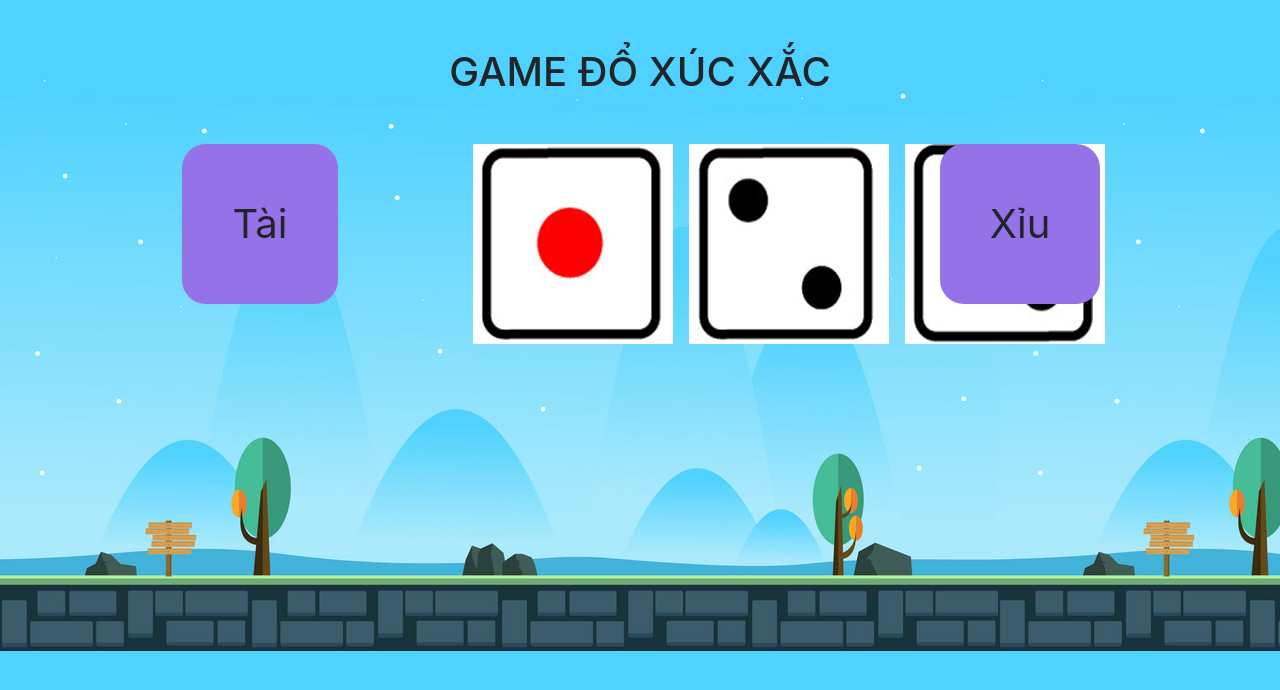
Repository: dovanthao2404/game-xuc-sac
Page: /
These files come from the project's save history. The page is drawn as it stood at one moment and after a run of saves; the edit follows.
The browser window is 1280 px wide. The pictures show the whole page.
The project was rebuilt for these pictures with package versions that can differ from the ones it lists, and the page was loaded fresh each time.

Above is the page before, as saved 2021-09-11 13:08:47.

### public/index.html
<!DOCTYPE html>
<html lang="en">

<head>
  <meta charset="utf-8" />
  <link rel="icon" href="%PUBLIC_URL%/favicon.ico" />
  <meta name="viewport" content="width=device-width, initial-scale=1" />
  <meta name="theme-color" content="#000000" />
  <meta name="description" content="Web site created using create-react-app" />
  <link rel="apple-touch-icon" href="%PUBLIC_URL%/logo192.png" />
  <link rel="manifest" href="%PUBLIC_URL%/manifest.json" />
  <title>React App</title>
  <link rel="stylesheet" href="https://cdn.jsdelivr.net/npm/bootstrap@4.6.0/dist/css/bootstrap.min.css"
    integrity="sha384-B0vP5xmATw1+K9KRQjQERJvTumQW0nPEzvF6L/Z6nronJ3oUOFUFpCjEUQouq2+l" crossorigin="anonymous">
  <link rel="stylesheet" href="%PUBLIC_URL%/css/style.css">
</head>

<body>
  <noscript>You need to enable JavaScript to run this app.</noscript>
  <div id="root"></div>
</body>

</html>

### src/index.css
body {
  margin: 0;
  padding: 0;
  box-sizing: border-box;
  font-family: -apple-system, BlinkMacSystemFont, 'Segoe UI', 'Roboto', 'Oxygen',
    'Ubuntu', 'Cantarell', 'Fira Sans', 'Droid Sans', 'Helvetica Neue',
    sans-serif;
  -webkit-font-smoothing: antialiased;
  -moz-osx-font-smoothing: grayscale;
}

code {
  font-family: source-code-pro, Menlo, Monaco, Consolas, 'Courier New',
    monospace;
}

### src/App.js


function App() {
  return (
    <div className="main">
      <div className="container mt-5">
        <div className="title mb-5">
          <h1 className="text-center">GAME ĐỔ XÚC XẮC</h1>
        </div>
        <div>
          <div class="row justify-content-between">
            <div className="col-4">
              <div className="type d-flex justify-content-center align-items-center">
                <span>Tài</span>
              </div>
            </div>
            <div className="col-4">
              <div className="d-flex">
                <img src="./images/1.png" alt="" />
                <img src="./images/2.png" alt="" />
                <img src="./images/3.png" alt="" />
              </div>
            </div>
            <div className="col-4">
              <div className="type d-flex justify-content-center align-items-center">
                <span>Xỉu</span>
              </div>
            </div>
          </div>
        </div>
      </div>
    </div>
  );
}

export default App;

### public/css/style.css
.main {
  background-image: url(./../images/bgGame.png);
  top: 0;
  left:0;
  right: 0;
  bottom: 0;
  display: block;
  position: absolute;
  z-index: -10;
}

.type span{
  display: block;
  padding: 50px;
  border-radius: 24px;
  font-size: 40px;
  background: rgb(149, 114, 231);
}

img {
  margin: 0 8px;
  width: 200px;
}

Loaded but not shown: src/index.js (common file); src/reportWebVitals.js (common file)

After the next 2 saves:
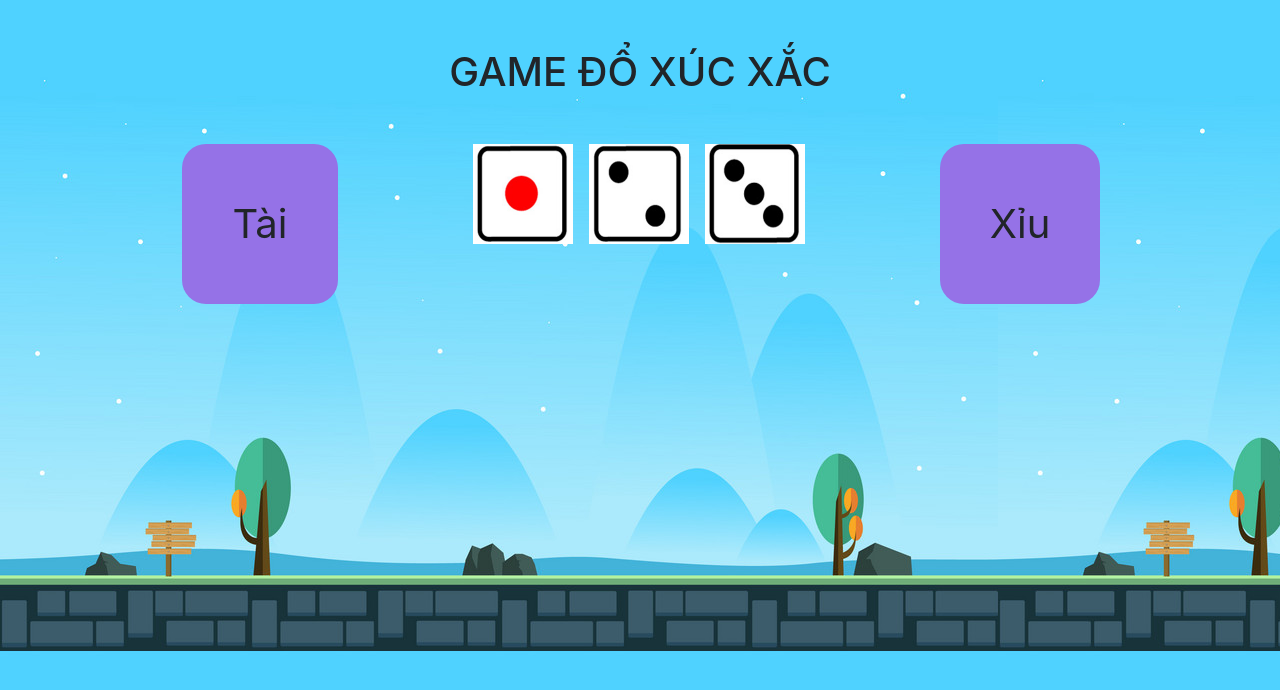
The 2 saves are shown as one change because they came seconds apart.
The last was saved 5 s later.
--- a/public/css/style.css
+++ b/public/css/style.css
@@ -19,5 +19,5 @@
 
 img {
   margin: 0 8px;
-  width: 200px;
+  width: 100px;
 }
